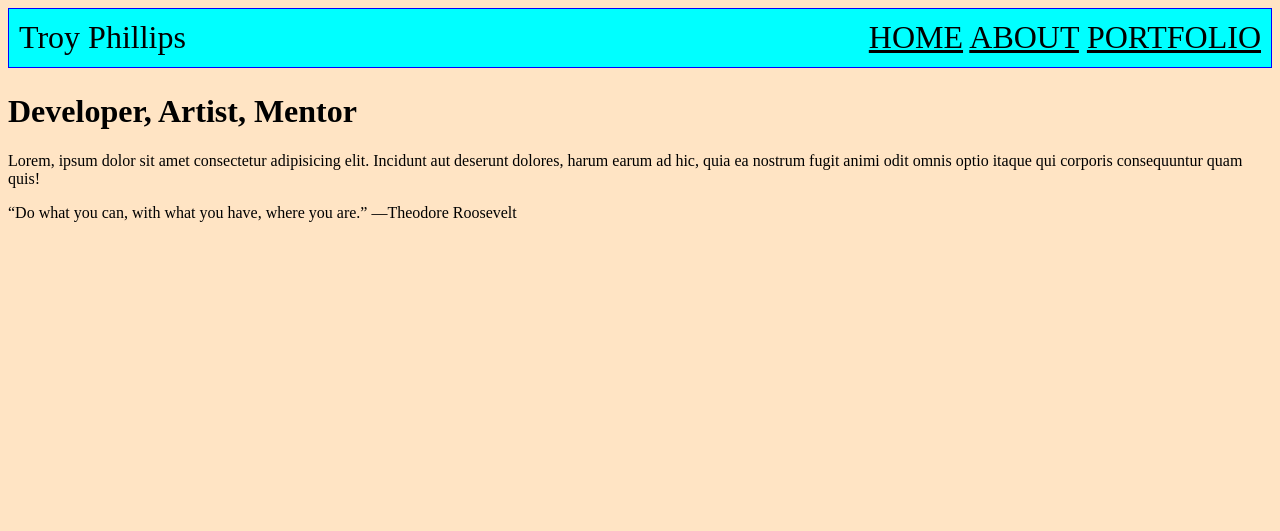
Repository: TheTroyPhillips/Personal-website
Page: index.html
The author's editor kept a copy of each file at every save. The page is drawn from the files as they stood at one save, then again after a run of saves.
The browser window is 1280 px wide. The pictures show the whole page.

Above is the page before, as saved 2023-09-10 22:12:19.

After the next 3 saves:
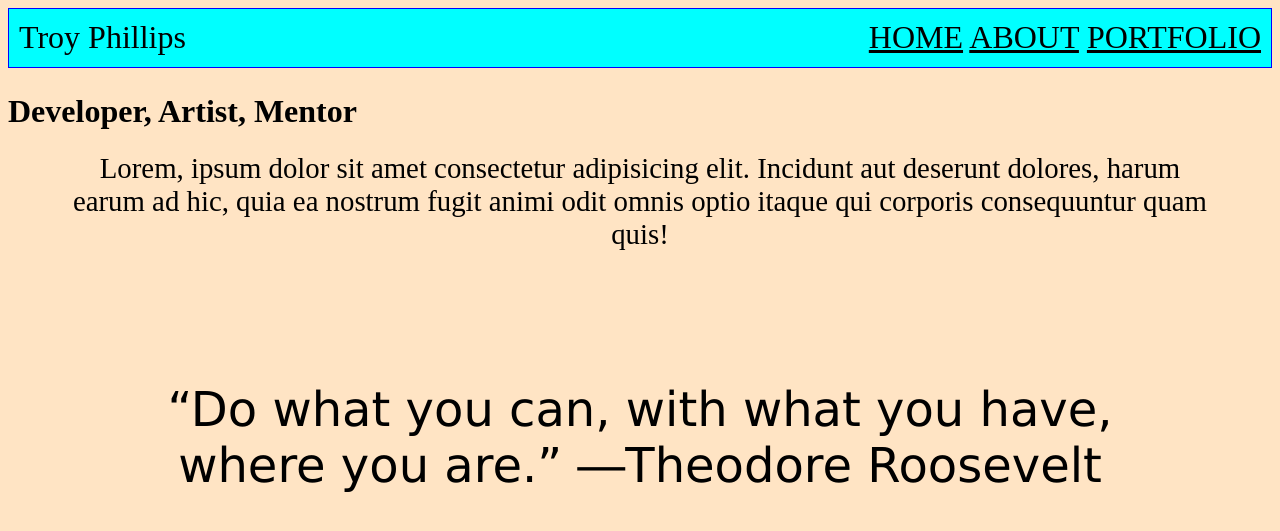
The 3 saves are shown as one change because they came seconds apart.
The last was saved 56 s later.
--- a/style.css
+++ b/style.css
@@ -24,3 +24,15 @@
 body{
     background-color: bisque;
 }
+main{
+    text-align: center;
+    margin-left: 5%;
+    margin-right: 5%;
+    font-size: 1.8rem;
+}
+p{
+    text-align: center;
+    font-size: 3rem;
+    font-family: Verdana, Geneva, Tahoma, sans-serif;
+    margin: 130px;
+}
